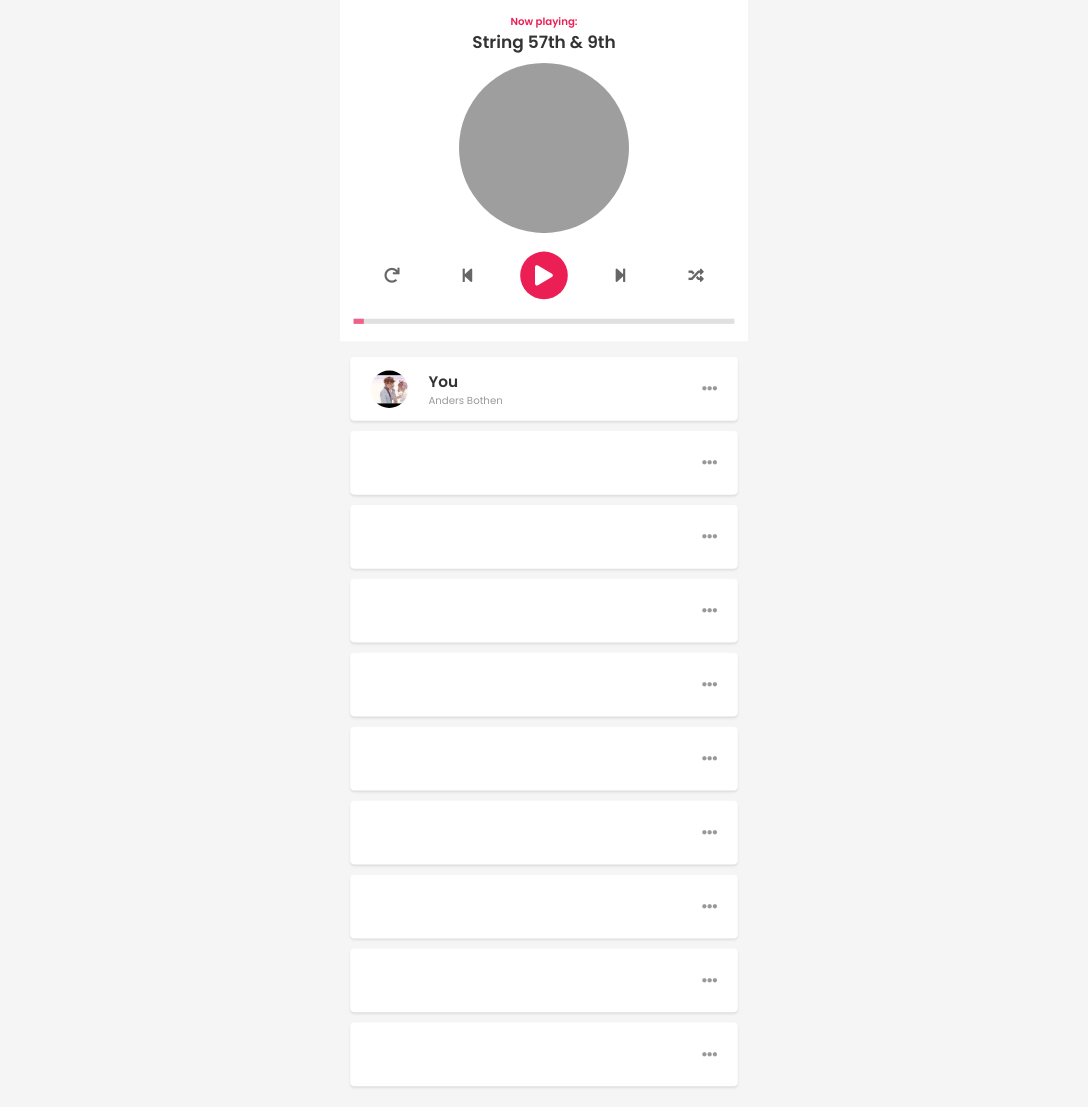
Repository: tongdkhai/Music-Player-
Page: index.html
The author's editor kept a copy of each file at every save. The page is drawn from the files as they stood at one save, then again after the next save.
The browser window is 1280 px wide. The pictures show the whole page, at 85% of full size.
Pictures or frames that could not be fetched are drawn as grey boxes.

Above is the page before, as saved 2022-09-25 22:09:21.

After the next save:
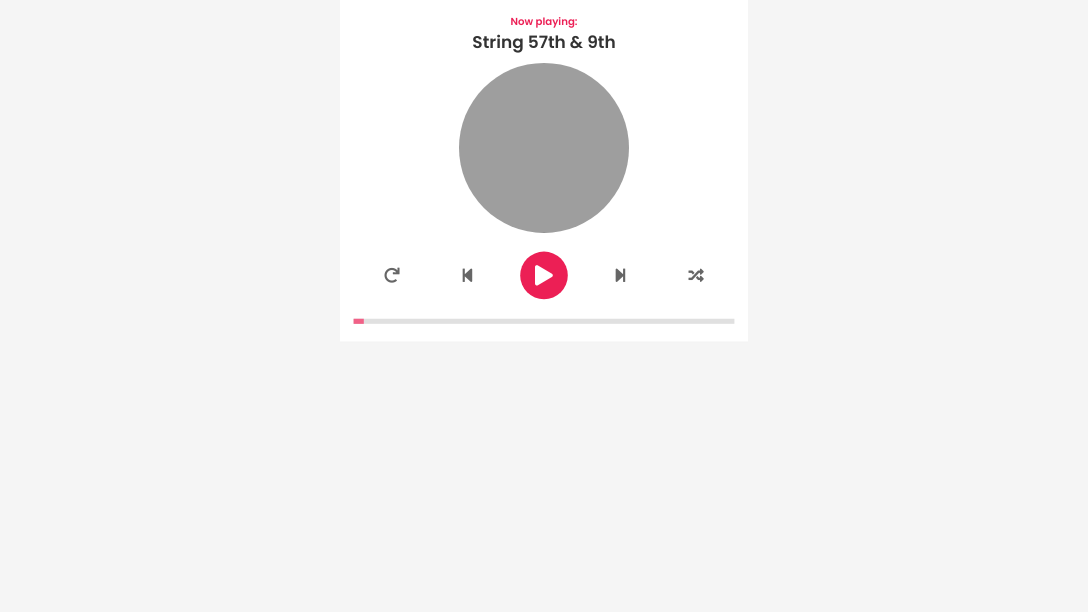
Console error: TypeError: this.currentSong is not a function
Saved 60 s later.
--- a/index.html
+++ b/index.html
@@ -155,9 +155,12 @@
                     cd.style.opacity = newCdWidth / cdWidth
                 }
             },
+            getCurrentSong: function () {
+
+            },
             start: function() {
                 this.handleEvents()
-
+                this.currentSong()
 
                 this.render()
             }

After the 2 saves that followed:
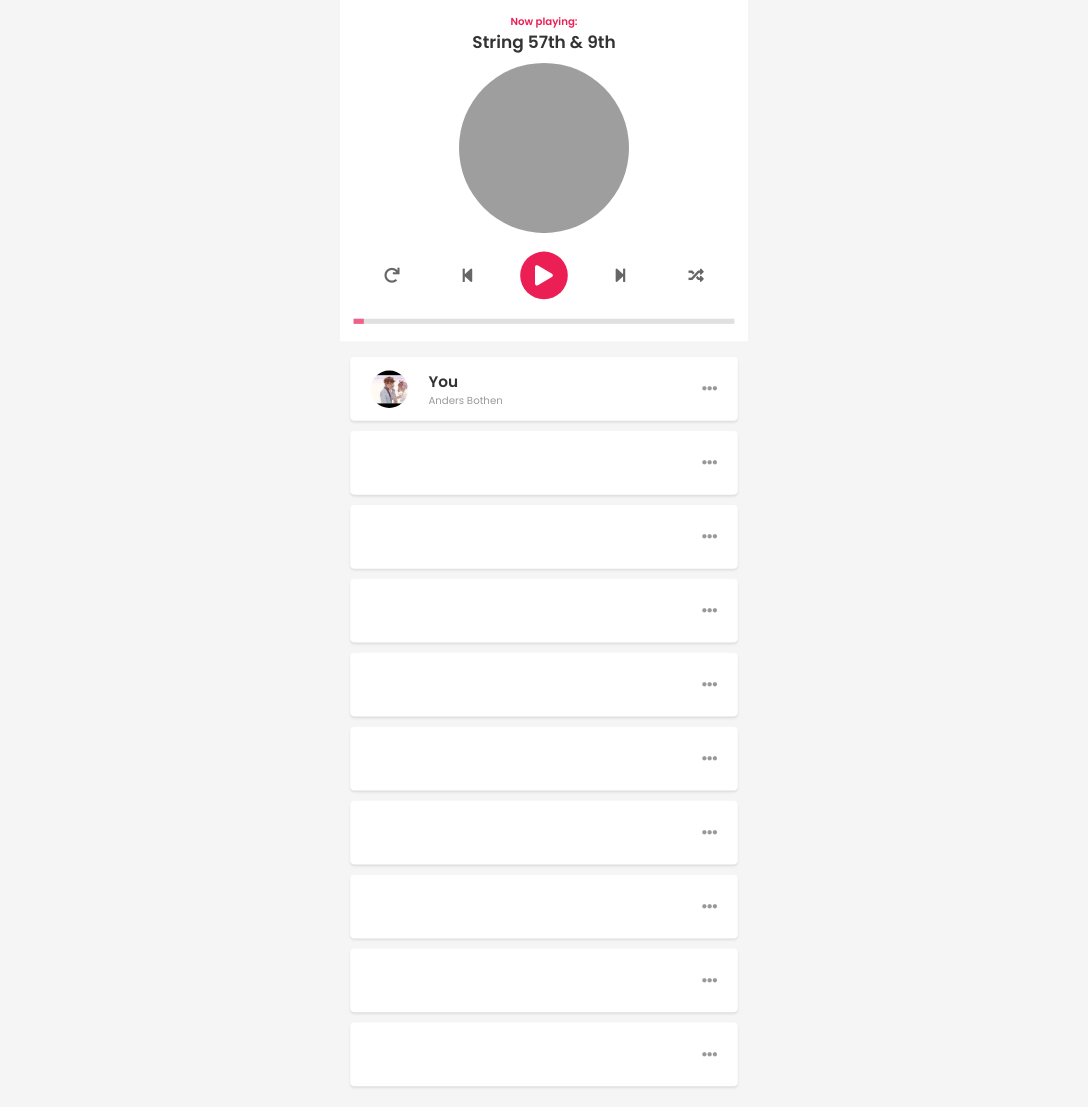
The error is gone.
The 2 saves are shown as one change because 1 left the picture as it was.
The last was saved 93 s later.
--- a/index.html
+++ b/index.html
@@ -145,6 +145,9 @@
                 })
                 playlist.innerHTML = htmls.join('')
             },
+            defineProperties: function () {
+
+            },
             handleEvents: function () {
                 const cd = $('.cd')
                 const cdWidth = cd.offsetWidth
@@ -156,11 +159,11 @@
                 }
             },
             getCurrentSong: function () {
-
+                return this.songs[this.currentIndex]
             },
             start: function() {
                 this.handleEvents()
-                this.currentSong()
+                this.defineProperties()
 
                 this.render()
             }
